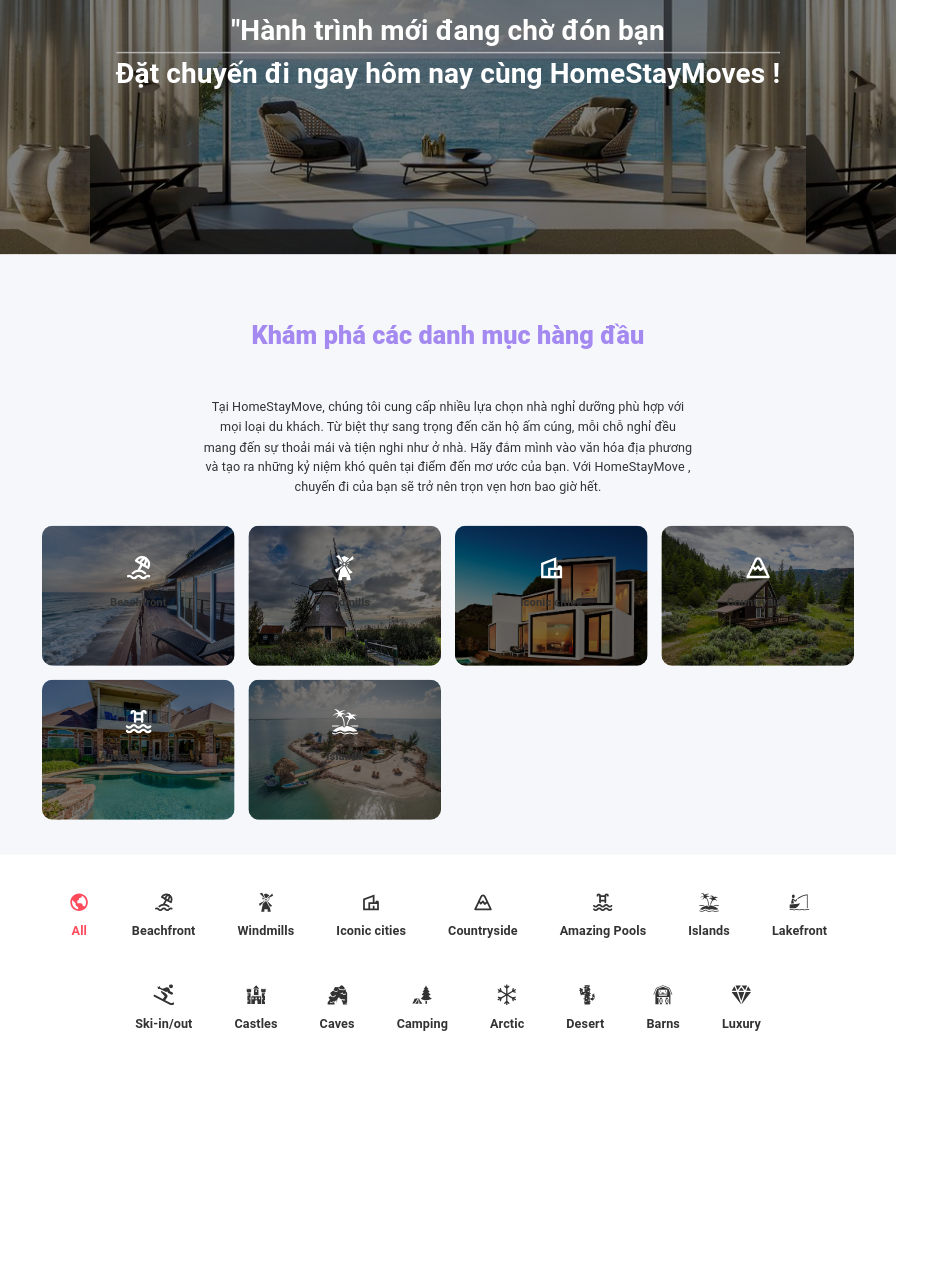
Repository: minhquang203/Homestay
Page: / (app in client/)
The author's editor kept a copy of each file at every save. The page is drawn from the files as they stood at one save, then again after the next save.
The browser window is 1280 px wide. The page is 1342 px wide, so the pictures cover 1342 px, including what lies to the right of the window. The pictures show the part of the page from y = 340 to 2180 px (the page is 2782 px tall), at 70% of full size.
The page's requests for data from a server got no answer. The project was rebuilt for these pictures with package versions that can differ from the ones it lists, and the page was loaded fresh each time. No one was signed in, and anything a server would have sent is missing. Also part of the build but not shown: client/src/styles/ListingCard.scss, client/src/components/ListingCard.jsx, client/src/styles/variable.scss, client/src/styles/List.scss, client/src/pages/CategoryPage.jsx, client/src/styles/CreateListing.scss, client/src/pages/CreateListing.jsx, client/src/styles/ListingDetails.scss and 17 more.

Above is the page before, as saved 2025-04-03 23:57:31.

After the next save:
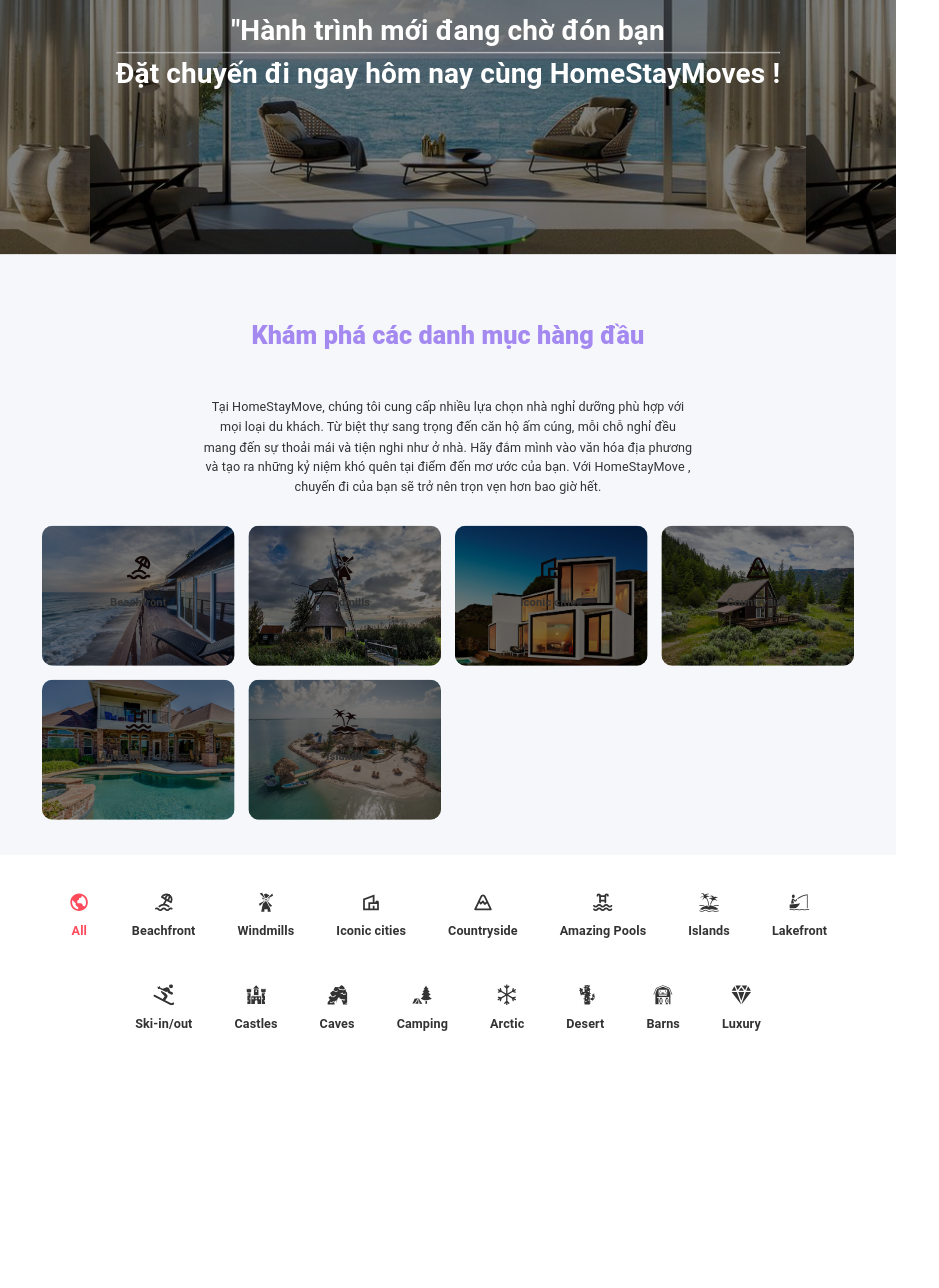
Saved 70 s later.
--- a/client/src/styles/Categories.scss
+++ b/client/src/styles/Categories.scss
@@ -67,7 +67,7 @@
 
       &_text {
         position: relative;
-        color: white;
+        color: rgb(17, 6, 6);
         text-align: center;
         z-index: 2;
 

After the save that followed:
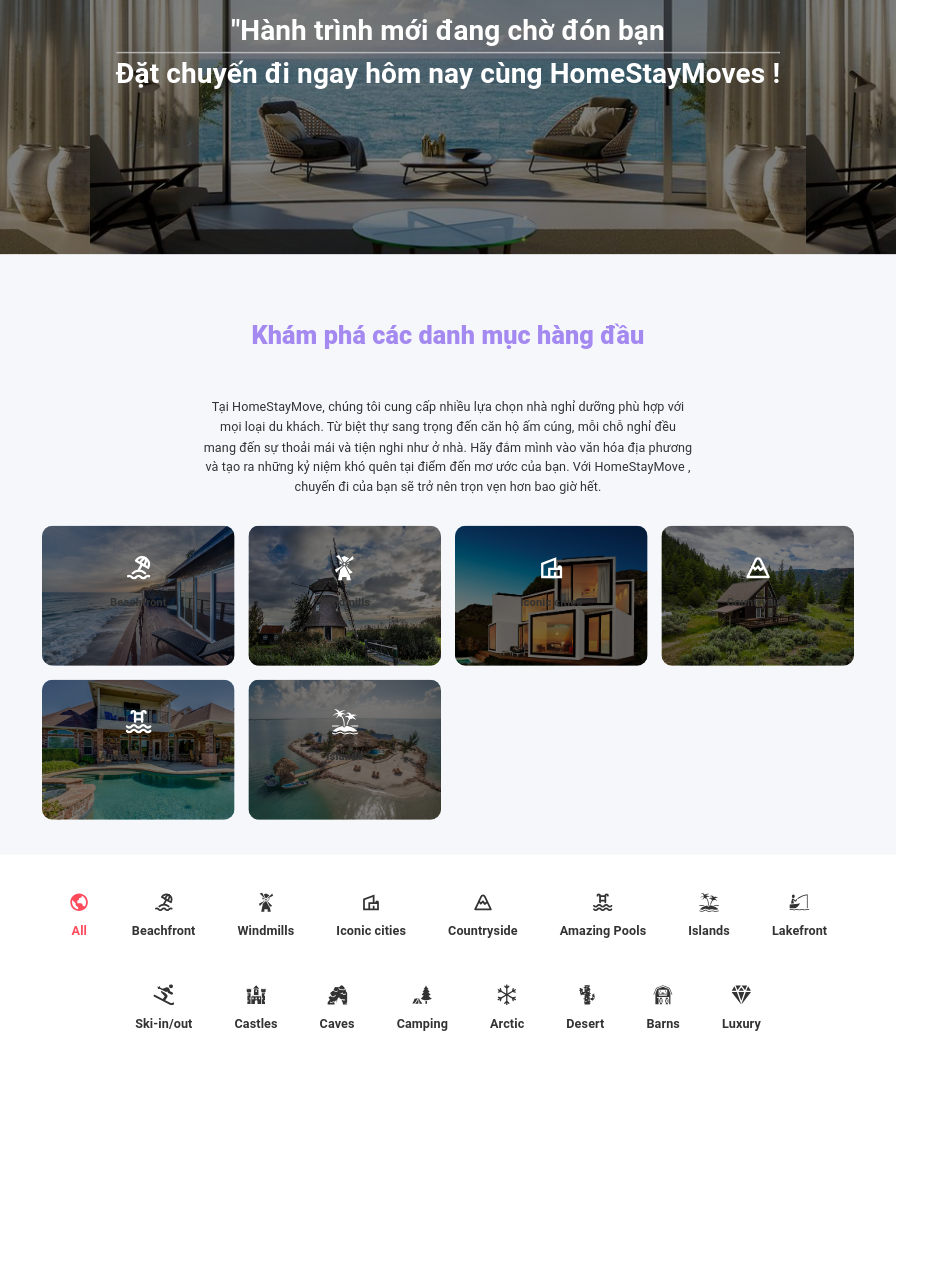
Saved 7 s later.
--- a/client/src/styles/Categories.scss
+++ b/client/src/styles/Categories.scss
@@ -67,7 +67,7 @@
 
       &_text {
         position: relative;
-        color: rgb(17, 6, 6);
+        color: white;
         text-align: center;
         z-index: 2;
 
